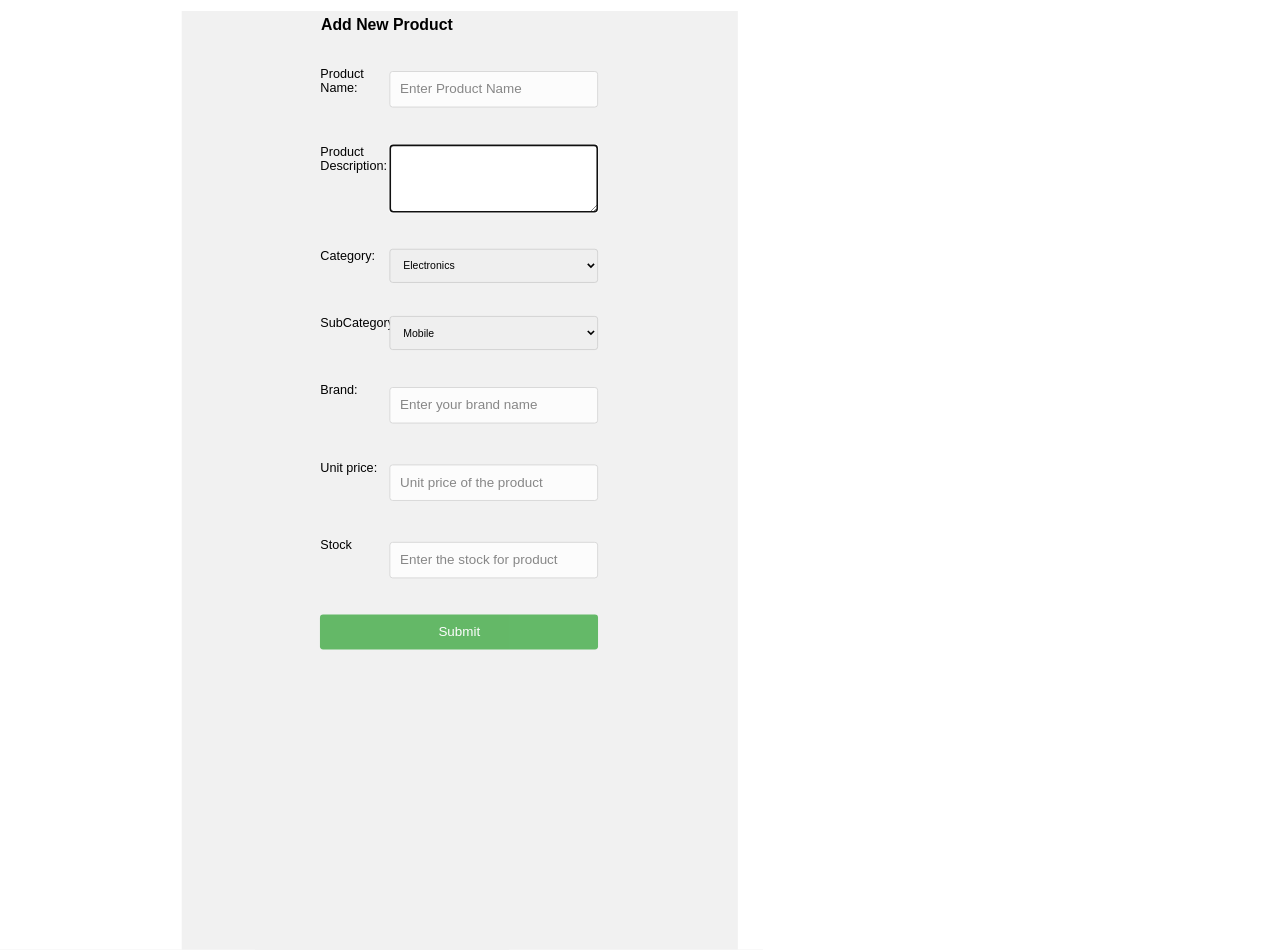
Repository: mihirhpanchal/Java-OnlineShopping
Page: http://localhost/onlineshopping/regproduct.jsp
The author's editor kept a copy of each file at every save. The page is drawn from the files as they stood at one save, then again after the next save.
The browser window is 1280 px wide. The page is 1280 px wide, then 1630 px, so the pictures cover 1630 px, including what lies to the right of the window. The pictures show the whole page, at 79% of full size.
The page is served by Tomcat 9. Other server files are loaded and not shown.

Above is the page before, as saved 2019-11-22 07:56:28.

### onlineshopping/onlineshopping/src/main/webapp/regproduct.jsp
<!DOCTYPE html>
<html>
<head>
<meta charset="ISO-8859-1">
<title>Product Registration</title>
<style>
.container{
position:absolute;
top:2%;
left:18%;
width:55%;
height:165%;

font-family:arial;
z-index:100;
background-color:#F1F1F1;

.col-25 {
  float: left;
  width: 25%;
  margin-top: 6px;
}

.col-75 {
  float: left;
  width: 75%;
  margin-top: 6px;
}

/* Clear floats after the columns */
.row:after {
  content: "";
  display: table;
  clear: both;
}

/* Responsive layout - when the screen is less than 600px wide, make the two columns stack on top of each other instead of next to each other */
@media screen and (max-width: 600px) {
  .col-25, .col-75, input[type=submit] {
    width: 100%;
    margin-top: 0;
  }
}
}

.product{
position:relative;


padding-left: 176px;
color:black;

font-size:20px;
font-weight:bold;


line-height:35px;

}



input[type=submit] {
  background-color: #4CAF50;
  color: white;
  cursor: pointer;
}

input[type=submit]:hover {
  background-color: #45a049;
}
input,
.btn {
  width: 100%;
  padding: 12px;
  border: none;
  border-radius: 4px;
  margin: 5px 0;
  opacity: 0.85;
  display: inline-block;
  font-size: 17px;
  line-height: 20px;
  text-decoration: none; /* remove underline from anchors */
}


input:hover,
.btn:hover {
  opacity: 1;
}

input[type=text], select, textarea{
  width: 100%;
  padding: 12px;
  border: 1px solid #ccc;
  border-radius: 4px;
  box-sizing: border-box;
  resize: vertical;
}

input[type=number], select, textarea{
  width: 100%;
  padding: 12px;
  border: 1px solid #ccc;
  border-radius: 4px;
  box-sizing: border-box;
  resize: vertical;
}



</style>
</head>
<body>



<div class="container">

<div class="product">Add New Product<br> </div>


<div class="col" style="position:absolute;top:65px;left:175px;width:50%;z-index:105">



  <form action="insertproduct.do" method="post">
	<div class="row">
      <div class="col-25">
 	<label >Product Name: </label>
	</div>
	<div class="col-75">
    <input type="text" id="product_name" name="product_name" placeholder="Enter Product Name" required>
	</div>
	</div>
    <br><br>

	<div class="row">
      <div class="col-25">
    <label >Product Description: </label>
	</div>
	<div class="col-75">
    <textarea rows="4" cols="15" name="product_description" autofocus required
		title="Please write the Description of Product"></textarea>
	</div>
	</div>
    <br><br>
	<div class="row">
      <div class="col-25">
    <label >Category: </label>
	</div>
	<div class="col-75">
    <select name="category">
      <option value="Electronics">Electronics</option>
      <option value="Fashion">Fashion</option>
      <option value="Health">Health</option>
    </select>
	</div>
	</div>
    <br><br>

	<div class="row">
      <div class="col-25">
    <label >SubCategory: </label>
	</div>
	<div class="col-75">
    <select name="subcategory">
      <option value="Mobile">Mobile</option>
      <option value="Shoes">Shoes</option>
      <option value="Medicine">Medicine</option>
    </select>
	</div>
	</div>
	<br><br>

	<div class="row">
      <div class="col-25">
    <label >Brand: </label>
	</div>
	<div class="col-75">
    <input type="text" id="brand" name="brand" placeholder="Enter your brand name" autofocus required
		title="Brand Name cannot be in numbers">
	</div>
	</div>
    <br><br>

	<div class="row">
      <div class="col-25">
    <label >Unit price: </label>
	</div>
	<div class="col-75">
    <input type="text" id="unit_price" pattern="\d+(\.\d{2})?" name="unit_price" placeholder="Unit price of the product" autofocus required
		title="Unit Price should be in Numbers only. Eg:111.11">
	</div>
	</div>
    <br><br>

	<div class="row">
      <div class="col-25">
    <label >Stock </label>
	</div>
	<div class="col-75">
    <input type="number" id="quantity" name="quantity" min="0" step="1" placeholder="Enter the stock for product" autofocus required
		title="Stock should only contain Numeric values ">
	</div>
	</div>
    <br><br>
	<div class="row">

    <input type="submit" value="Submit">
	</div>


  </form>
</div>

</body>
</html>

### onlineshopping/onlineshopping/src/main/webapp/shared/navbar.jsp
<%@ page language="java" contentType="text/html; charset=ISO-8859-1"
	pageEncoding="ISO-8859-1"%>
<%@ taglib prefix="c" uri="http://java.sun.com/jsp/jstl/core"%>
<%-- <%@ taglib prefix="security"
	uri="http://www.springframework.org/security/tags"%>
<%@ page isELIgnored="false"%> --%>
<!DOCTYPE html PUBLIC "-//W3C//DTD HTML 4.01 Transitional//EN" "http://www.w3.org/TR/html4/loose.dtd">
<html>
<head>
<meta http-equiv="Content-Type" content="text/html; charset=ISO-8859-1">
<link rel="icon" type="image/x-icon" href="<c:url value="/assets/images/favicon1.png"/>" />
<link rel="stylesheet"
	href="<c:url value="/assets/bootstrap/css/bootstrap.min.css"/>">
<script src="<c:url value="/assets/js/jquery.js"/>"></script>
<script src="<c:url value="/assets/bootstrap/js/bootstrap.min.js"/>"></script>
<link rel="stylesheet" type="text/css"
	href="<c:url value="/assets/css/overall.css"/>">

</head>
<body>

	<nav class="navbar navbar-inverse">
	<div class="container-fluid">

		<div class="nav navbar">
		</div>

		<div class="navbar-header">
			<button type="button" class="navbar-toggle" data-toggle="collapse"
				data-target="#myNavbar">
				<span class="icon-bar"></span> <span class="icon-bar"></span> <span
					class="icon-bar"></span>
			</button>
			<a class="navbar-brand" href="<c:url value="/" />">VPshop.ML</a>
		</div>
		<div class="collapse navbar-collapse" id="myNavbar">
			<ul class="nav navbar-nav">
				<li><a href=" <c:url value="/index1" />">Home</a></li>
				<li><a href=" <c:url value="viewallprod.do" />">Product
						List</a></li>
				<li><a href=" <c:url value="/aboutus" />">About Us</a></li>

<!-- 				<security:authorize access="hasRole('ROLE_USER')"> -->
				<li><a href=" <c:url value="/contactus" />">Contact Us</a></li>
<!-- 				</security:authorize> -->

				<!-- 			Only admin can view this link -->
<!-- 				<security:authorize access="hasRole('ROLE_ADMIN')"> -->
					<li><a href=" <c:url value="regproduct.html" />">Add
							Product</a></li>
<!-- 				</security:authorize> -->
			</ul>

			<ul class="nav navbar-nav navbar-right">

				<c:if test="${!empty pageContext.request.userPrincipal.name}">
					<li><a href="<c:url value="/index1" />"><span
							class="glyphicon glyphicon-shopping-user"></span>Welcome..${pageContext.request.userPrincipal.name}</a></li>

<!-- 					<security:authorize access="hasRole('ROLE_USER')"> -->
						<li><a href="<c:url value="/cart/getCartById" />"><span
								class="glyphicon glyphicon-shopping-cart"></span> Cart</a></li>
<!-- 					</security:authorize> -->
					<li><a href="<c:url value="/logout" />"><span
							class="glyphicon glyphicon-log-out"></span> Logout</a></li>
				</c:if>
			</ul>


			<ul class="nav navbar-nav navbar-right">

				<c:if test="${pageContext.request.userPrincipal.name==null}">
					<li><a href="<c:url value="/login" />"><span
							class="glyphicon glyphicon-shopping-cart"></span>My Cart</a></li>
					<li><a href="<c:url value="/customer/registration" />"><span
							class="glyphicon glyphicon-log-user"></span> SignUp</a></li>
					<li><a href="<c:url value="/login" />"><span
							class="glyphicon glyphicon-log-in"></span> Login</a></li>
				</c:if>
			</ul>
		</div>
	</div>
	</nav>



</body>
</html>

### onlineshopping/onlineshopping/src/main/webapp/assets/css/overall.css

/* Slider */
.carousel-inner>.item>a>img, .carousel-inner>.item>img{
	line-height: 1;
	height: 292px;
	width: 1353px;
}
.container{
	margin-top: -20px;
}
.container{
	width:1400px;
}
.jumbotron{
	background-color: rgb(210, 206, 219);
	margin-bottom:19px;
	padding-top:23px;
	padding-bottom:23px;
}


/* Navigation bar */
@CHARSET "ISO-8859-1";
.col-xs-6{
	margin-top:11px;
}
.navbar-brand{
	padding:0px 15px;
	font-size: 40px;
}

.btn{
	padding:7px 13px;
	margin-bottom: 0;
	margin-top: 15px;
	margin-left: -10px;
}
.container-fluid{
	padding-right: 23px;
}
.navbar{
	min-height: 49px;
	margin-bottom: -4px;
}
.navbar-inverse{
	background-color:#211935;
	border-color:#211935;
}

/* Footer */
.footer-distributed{
	position:absolute;
	background-color: #292c2f;
	box-shadow: 0 1px 1px 0 rgba(0, 0, 0, 0.12);
	box-sizing: border-box;
	width: 100%;
	text-align: left;
	font: normal 16px sans-serif;

	padding: 0px 15px;
	margin-top: 1000px;
}

.footer-distributed .footer-left p{
	color:  #8f9296;
	font-size: 14px;
	margin: 0;
}

/* Footer links */

.footer-distributed p.footer-links{
	font-size:18px;
	font-weight: bold;
	color:  #ffffff;
}

.footer-distributed p.footer-links a{
	display:inline-block;
	line-height: 1.8;
	text-decoration: none;
	color:  inherit;
}

.footer-distributed .footer-right{
	float: right;
	margin-top: 6px;
	max-width: 180px;
}

.footer-distributed .footer-right a{
	display: inline-block;
	width: 35px;
	height: 35px;
	background-color:  #33383b;
	border-radius: 2px;

	font-size: 20px;
	color: #ffffff;
	text-align: center;
	line-height: 35px;

	margin-left: 3px;
}
/* If you don't want the footer to be responsive, remove these media queries */

@media (max-width: 600px) {

	.footer-distributed .footer-left,
	.footer-distributed .footer-right{
		text-align: center;
	}

	.footer-distributed .footer-right{
		float: none;
		margin: 0 auto 20px;
	}

	.footer-distributed .footer-left p.footer-links{
		line-height: 1.8;
	}
}

/* ProductList */



/*AboutUs Page*/

Loaded but not shown: onlineshopping/onlineshopping/src/main/webapp/assets/bootstrap/css/bootstrap.min.css (library); onlineshopping/onlineshopping/src/main/webapp/assets/js/jquery.js (library); onlineshopping/onlineshopping/src/main/webapp/assets/bootstrap/js/bootstrap.min.js (library)

After the next save:
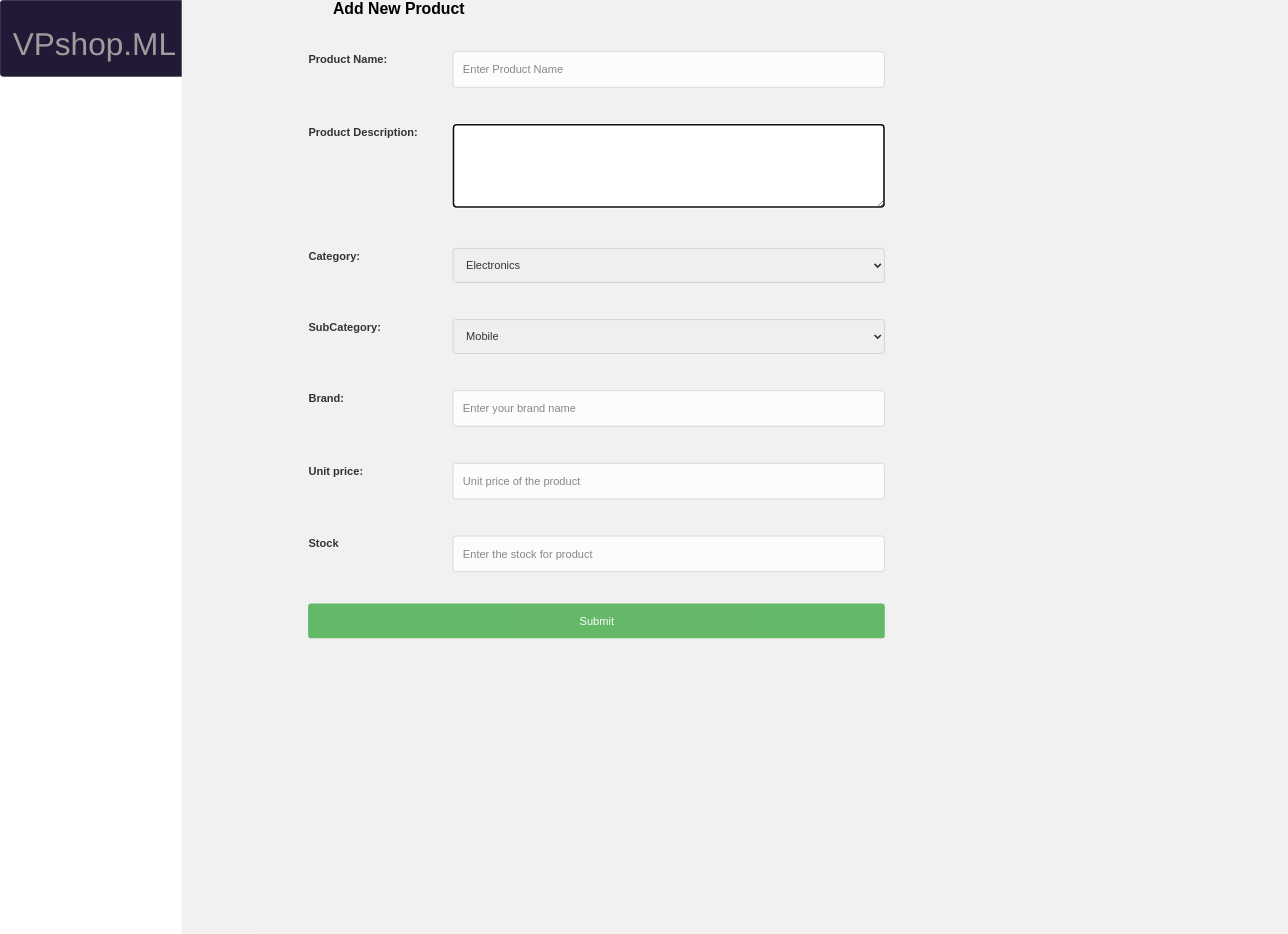
Saved 50 s later.
--- a/onlineshopping/onlineshopping/src/main/webapp/regproduct.jsp
+++ b/onlineshopping/onlineshopping/src/main/webapp/regproduct.jsp
@@ -112,7 +112,7 @@ input[type=number], select, textarea{
 </style>
 </head>
 <body>
-
+ <%@ include file="shared/navbar.jsp"%>
 
 
 <div class="container">
